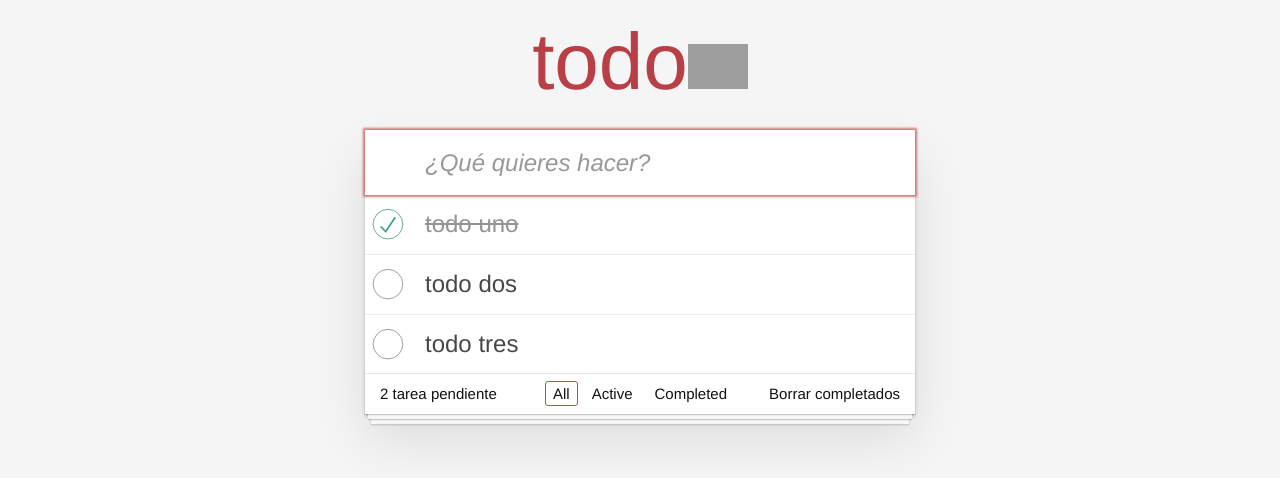
Repository: drsamame/todo-typescript
Page: /
The author's editor kept a copy of each file at every save. The page is drawn from the files as they stood at one save, then again after the next save.
The browser window is 1280 px wide. The pictures show the whole page.
Pictures or frames that could not be fetched are drawn as grey boxes. The project was rebuilt for these pictures with package versions that can differ from the ones it lists, and the page was loaded fresh each time. Also part of the build but not shown: vite.config.ts.

Above is the page before, as saved 2024-02-28 15:10:17.

### src/App.tsx
import { useState } from 'react'
import { Todos } from './Components/Todos'
import { Footer } from './Components/Footer'
import { useTodo } from './hooks/useTodo'
import type {
  FilterValue,
  TodoId,
  TodoTitle,
  Todo as TodoType
} from './types.d'
import { TODO_FILTERS } from './consts'
import { Header } from './Components/Header'

const mockTODOS = [
  {
    id: 1,
    title: 'todo uno',
    completed: true
  },
  {
    id: 2,
    title: 'todo dos',
    completed: false
  },
  {
    id: 3,
    title: 'todo tres',
    completed: false
  }
]

const App = (): JSX.Element => {
  const [todos, setTodos] = useState(mockTODOS)
  const [filterSelected, setFilterSelected] = useState<FilterValue>(
    TODO_FILTERS.ALL
  )

  const removeTodo = (id: TodoId): void => {
    const newTodos = todos.filter((todo) => todo.id !== id)
    setTodos(newTodos)
  }

  const activeCount = todos.filter((todo) => todo.completed).length
  const completedCount = todos.length - activeCount

  const handleFilterChange = (filter: FilterValue): void => {
    setFilterSelected(filter)
  }

  const filteredTodos = todos.filter((el) => {
    if (filterSelected === TODO_FILTERS.COMPLETED) return el.completed
    if (filterSelected === TODO_FILTERS.ACTIVE) return !el.completed
    return el
  })

  const handleRemoveAllTodos = (): void => {
    const newTodos = todos.filter((todo) => !todo.completed)
    setTodos(newTodos)
  }

  const handleCompleted = ({
    id,
    completed
  }: Pick<TodoType, 'id' | 'completed'>): void => {
    const newTodos = todos.map((el) => {
      if (el.id === id) {
        return {
          id: el.id,
          title: el.title,
          completed
        }
      }
      return el
    })
    setTodos(newTodos)
  }

  const handleSaveTodo = (title: TodoTitle): void => {
    console.log(title)
    const newTodo = {
      id: Math.random(),
      title,
      completed: false
    }
    setTodos([...todos, newTodo])
  }

  return (
    <>
      <div className='todoapp'>
        <Header saveTodo={handleSaveTodo} />
        <Todos
          list={filteredTodos}
          removeTodo={removeTodo}
          onToggleCompleteTodo={handleCompleted}
        />
        <Footer
          handleFilterChange={handleFilterChange}
          completedCount={completedCount}
          activeCount={activeCount}
          filterSelected={filterSelected}
          onClearCompleted={handleRemoveAllTodos}
        />
      </div>
    </>
  )
}

export default App

### src/index.css
@charset 'utf-8';

html,
body {
	margin: 0;
	padding: 0;
}

button {
	margin: 0;
	padding: 0;
	border: 0;
	background: none;
	font-size: 100%;
	vertical-align: baseline;
	font-family: inherit;
	font-weight: inherit;
	color: inherit;
	-webkit-appearance: none;
	appearance: none;
	-webkit-font-smoothing: antialiased;
	-moz-osx-font-smoothing: grayscale;
}

body {
	font: 14px 'Helvetica Neue', Helvetica, Arial, sans-serif;
	line-height: 1.4em;
	background: #f5f5f5;
	color: #111111;
	min-width: 230px;
	max-width: 550px;
	margin: 0 auto;
	-webkit-font-smoothing: antialiased;
	-moz-osx-font-smoothing: grayscale;
	font-weight: 300;
}

.hidden {
	display: none;
}

.todoapp {
	background: #fff;
	margin: 130px 0 40px 0;
	position: relative;
	box-shadow: 0 2px 4px 0 rgba(0, 0, 0, 0.2),
	            0 25px 50px 0 rgba(0, 0, 0, 0.1);
}

.todoapp input::-webkit-input-placeholder {
	font-style: italic;
	font-weight: 400;
	color: rgba(0, 0, 0, 0.4);
}

.todoapp input::-moz-placeholder {
	font-style: italic;
	font-weight: 400;
	color: rgba(0, 0, 0, 0.4);
}

.todoapp input::input-placeholder {
	font-style: italic;
	font-weight: 400;
	color: rgba(0, 0, 0, 0.4);
}

.todoapp h1 {
	position: absolute;
	top: -140px;
	width: 100%;
	font-size: 80px;
	font-weight: 200;
	text-align: center;
	color: #b83f45;
	-webkit-text-rendering: optimizeLegibility;
	-moz-text-rendering: optimizeLegibility;
	text-rendering: optimizeLegibility;
}

.new-todo,
.edit {
	position: relative;
	margin: 0;
	width: 100%;
	font-size: 24px;
	font-family: inherit;
	font-weight: inherit;
	line-height: 1.4em;
	color: inherit;
	padding: 6px;
	border: 1px solid #999;
	box-shadow: inset 0 -1px 5px 0 rgba(0, 0, 0, 0.2);
	box-sizing: border-box;
	-webkit-font-smoothing: antialiased;
	-moz-osx-font-smoothing: grayscale;
}

.new-todo {
	padding: 16px 16px 16px 60px;
	height: 65px;
	border: none;
	background: rgba(0, 0, 0, 0.003);
	box-shadow: inset 0 -2px 1px rgba(0,0,0,0.03);
}

.main {
	position: relative;
	z-index: 2;
	border-top: 1px solid #e6e6e6;
}

.toggle-all {
	width: 1px;
	height: 1px;
	border: none; /* Mobile Safari */
	opacity: 0;
	position: absolute;
	right: 100%;
	bottom: 100%;
}

.toggle-all + label {
	display: flex;
	align-items: center;
	justify-content: center;
	width: 45px;
	height: 65px;
	font-size: 0;
	position: absolute;
	top: -65px;
	left: -0;
}

.toggle-all + label:before {
	content: '❯';
	display: inline-block;
	font-size: 22px;
	color: #949494;
	padding: 10px 27px 10px 27px;
	-webkit-transform: rotate(90deg);
	transform: rotate(90deg);
}

.toggle-all:checked + label:before {
	color: #484848;
}

.todo-list {
	margin: 0;
	padding: 0;
	list-style: none;
}

.todo-list li {
	position: relative;
	font-size: 24px;
	border-bottom: 1px solid #ededed;
}

.todo-list li:last-child {
	border-bottom: none;
}

.todo-list li.editing {
	border-bottom: none;
	padding: 0;
}

.todo-list li.editing .edit {
	display: block;
	width: calc(100% - 43px);
	padding: 12px 16px;
	margin: 0 0 0 43px;
}

.todo-list li.editing .view {
	display: none;
}

.todo-list li .toggle {
	text-align: center;
	width: 40px;
	/* auto, since non-WebKit browsers doesn't support input styling */
	height: auto;
	position: absolute;
	top: 0;
	bottom: 0;
	margin: auto 0;
	border: none; /* Mobile Safari */
	-webkit-appearance: none;
	appearance: none;
}

.todo-list li .toggle {
	opacity: 0;
}

.todo-list li .toggle + label {
	/*
		Firefox requires `#` to be escaped - https://bugzilla.mozilla.org/show_bug.cgi?id=922433
		IE and Edge requires *everything* to be escaped to render, so we do that instead of just the `#` - https://developer.microsoft.com/en-us/microsoft-edge/platform/issues/7157459/
	*/
	background-image: url('data:[embedded picture, 299 characters]');
	background-repeat: no-repeat;
	background-position: center left;
}

.todo-list li .toggle:checked + label {
	background-image: url('data:[embedded picture, 414 characters]');
}

.todo-list li label {
	overflow-wrap: break-word;
	padding: 15px 15px 15px 60px;
	display: block;
	line-height: 1.2;
	transition: color 0.4s;
	font-weight: 400;
	color: #484848;
}

.todo-list li.completed label {
	color: #949494;
	text-decoration: line-through;
}

.todo-list li .destroy {
	display: none;
	position: absolute;
	top: 0;
	right: 10px;
	bottom: 0;
	width: 40px;
	height: 40px;
	margin: auto 0;
	font-size: 30px;
	color: #949494;
	transition: color 0.2s ease-out;
}

.todo-list li .destroy:hover,
.todo-list li .destroy:focus {
	color: #C18585;
}

.todo-list li .destroy:after {
	content: '×';
	display: block;
	height: 100%;
	line-height: 1.1;
}

.todo-list li:hover .destroy {
	display: block;
}

.todo-list li .edit {
	display: none;
}

.todo-list li.editing:last-child {
	margin-bottom: -1px;
}

.footer {
	padding: 10px 15px;
	height: 20px;
	text-align: center;
	font-size: 15px;
	border-top: 1px solid #e6e6e6;
}

.footer:before {
	content: '';
	position: absolute;
	right: 0;
	bottom: 0;
	left: 0;
	height: 50px;
	overflow: hidden;
	box-shadow: 0 1px 1px rgba(0, 0, 0, 0.2),
	            0 8px 0 -3px #f6f6f6,
	            0 9px 1px -3px rgba(0, 0, 0, 0.2),
	            0 16px 0 -6px #f6f6f6,
	            0 17px 2px -6px rgba(0, 0, 0, 0.2);
}

.todo-count {
	float: left;
	text-align: left;
}

.todo-count strong {
	font-weight: 300;
}

.filters {
	margin: 0;
	padding: 0;
	list-style: none;
	position: absolute;
	right: 0;
	left: 0;
}

.filters li {
	display: inline;
}

.filters li a {
	color: inherit;
	margin: 3px;
	padding: 3px 7px;
	text-decoration: none;
	border: 1px solid transparent;
	border-radius: 3px;
}

.filters li a:hover {
	border-color: #DB7676;
}

.filters li a.selected {
	border-color: #CE4646;
}

.clear-completed,
html .clear-completed:active {
	float: right;
	position: relative;
	line-height: 19px;
	text-decoration: none;
	cursor: pointer;
}

.clear-completed:hover {
	text-decoration: underline;
}

.info {
	margin: 65px auto 0;
	color: #4d4d4d;
	font-size: 11px;
	text-shadow: 0 1px 0 rgba(255, 255, 255, 0.5);
	text-align: center;
}

.info p {
	line-height: 1;
}

.info a {
	color: inherit;
	text-decoration: none;
	font-weight: 400;
}

.info a:hover {
	text-decoration: underline;
}

/*
	Hack to remove background from Mobile Safari.
	Can't use it globally since it destroys checkboxes in Firefox
*/
@media screen and (-webkit-min-device-pixel-ratio:0) {
	.toggle-all,
	.todo-list li .toggle {
		background: none;
	}

	.todo-list li .toggle {
		height: 40px;
	}
}

@media (max-width: 430px) {
	.footer {
		height: 50px;
	}

	.filters {
		bottom: 10px;
	}
}

:focus,
.toggle:focus + label,
.toggle-all:focus + label {
	box-shadow: 0 0 2px 2px #CF7D7D;
	outline: 0;
}

### src/Components/Todos.tsx
import { Todo } from './Todo'
import { type TodoList, type TodoId, type Todo as TodoType } from '../types'

interface Props {
  list: TodoList
  onToggleCompleteTodo: ({
    id,
    completed
  }: Pick<TodoType, 'id' | 'completed'>) => void
  removeTodo: (id: TodoId) => void
}

export const Todos: React.FC<Props> = ({
  list,
  removeTodo,
  onToggleCompleteTodo
}) => {
  return (
    <ul className='todo-list'>
      {list.map((todo) => {
        return (
          <li key={todo.id} className={`${todo.completed ? ' completed' : ''}`}>
            <Todo
              title={todo.title}
              id={todo.id}
              completed={todo.completed}
              removeTodo={() => removeTodo(todo.id)}
              onToggleCompleteTodo={onToggleCompleteTodo}
            />
          </li>
        )
      })}
    </ul>
  )
}

### src/Components/Footer.tsx
import { type FilterValue } from '../types'
import { Filters } from './Filters'

interface Props {
  handleFilterChange: (filter: FilterValue) => void
  activeCount: number
  completedCount: number
  onClearCompleted: () => void
  filterSelected: FilterValue
}

export const Footer: React.FC<Props> = ({
  activeCount,
  completedCount,
  onClearCompleted,
  filterSelected,
  handleFilterChange
}) => {
  const singleActiveCount = activeCount === 1
  const activeTodoWord = singleActiveCount ? 'tarea' : 'tareas'

  return (
    <footer className="footer">

      <span className="todo-count">
        <strong>{completedCount}</strong> {activeTodoWord} pendiente{!singleActiveCount && 's'}
      </span>

      <Filters filterSelected={filterSelected} handleFilterChange={handleFilterChange} />

      {
        completedCount > 0 && (
          <button
            className="clear-completed"
            onClick={onClearCompleted}>
              Borrar completados
          </button>
        )
      }
    </footer>
  )
}

### src/consts.ts
export const TODO_FILTERS = {
  ALL: 'all',
  ACTIVE: 'active',
  COMPLETED: 'completed'
} as const

export const KEY_CODES = {
  ENTER: 13,
  ESCAPE: 27
} as const

### src/Components/Header.tsx
import { CreateTodo } from './CreateTodo'

interface Props {
  saveTodo: (title: string) => void
}

export const Header: React.FC<Props> = ({ saveTodo }) => {
  return (
    <header className='header'>
      <h1>
        todo
        <img
          style={{ width: '60px', height: 'auto' }}
          src='https://upload.wikimedia.org/wikipedia/commons/thumb/4/4c/Typescript_logo_2020.svg/1200px-Typescript_logo_2020.svg.png'
        ></img>
      </h1>

      <CreateTodo saveTodo={saveTodo} />
    </header>
  )
}

### src/Components/Todo.tsx
import { type Todo as TodoType } from '../types'

interface Props extends TodoType {
  removeTodo: () => void
  onToggleCompleteTodo: ({
    id,
    completed
  }: Pick<TodoType, 'id' | 'completed'>) => void
}

export const Todo: React.FC<Props> = ({ id, title, completed, removeTodo, onToggleCompleteTodo }) => {
  const handleChange = (e: React.ChangeEvent<HTMLInputElement>): void => {
    onToggleCompleteTodo({ id, completed: e.target.checked })
  }
  return (
    <div className='view'>
      <input className='toggle' type='checkbox' checked={completed} onChange={handleChange} />
      <label>{title}</label>
      <button className='destroy' onClick={removeTodo}></button>
    </div>
  )
}

### src/Components/Filters.tsx
import { TODO_FILTERS } from '../consts.js'
import { type FilterValue } from '../types.js'

const FILTERS_BUTTONS = {
  [TODO_FILTERS.ALL]: { literal: 'All', href: `/?filter=${TODO_FILTERS.ALL}` },
  [TODO_FILTERS.ACTIVE]: { literal: 'Active', href: `/?filter=${TODO_FILTERS.ACTIVE}` },
  [TODO_FILTERS.COMPLETED]: { literal: 'Completed', href: `/?filter=${TODO_FILTERS.COMPLETED}` }
} as const

interface Props {
  handleFilterChange: (filter: FilterValue) => void
  filterSelected: typeof TODO_FILTERS[keyof typeof TODO_FILTERS]
}

export const Filters: React.FC<Props> = ({ filterSelected, handleFilterChange }) => {
  const handleClick = (filter: FilterValue) => (e: React.MouseEvent<HTMLAnchorElement>) => {
    e.preventDefault()
    handleFilterChange(filter)
  }

  return (
  <ul className="filters">
    {
      Object.entries(FILTERS_BUTTONS).map(([key, { href, literal }]) => {
        const isSelected = key === filterSelected
        const className = isSelected ? 'selected' : ''

        return (
          <li key={key}>
            <a href={href}
              className={className}
              onClick={handleClick(key as FilterValue)}>{literal}
            </a>
          </li>
        )
      })
    }
  </ul>
  )
}

### src/Components/CreateTodo.tsx
import { useState } from 'react'

interface Props {
  saveTodo: (title: string) => void
}

export const CreateTodo: React.FC<Props> = ({ saveTodo }) => {
  const [inputValue, setInputValue] = useState('')

  const handleKeyDown: React.KeyboardEventHandler<HTMLInputElement> = (e) => {
    if (e.key === 'Enter' && inputValue !== '') {
      saveTodo(inputValue)
      setInputValue('')
    }
  }

  return (
    <input
      className='new-todo'
      value={inputValue}
      onChange={(e) => {
        setInputValue(e.target.value)
      }}
      onKeyDown={handleKeyDown}
      placeholder='¿Qué quieres hacer?'
      autoFocus
    />
  )
}

### src/hooks/useTodo.tsx
import { useState } from 'react'
import type {
  FilterValue,
  TodoId,
  TodoTitle,
  Todo as TodoType
} from '../types.d'
import { TODO_FILTERS } from '../consts'

const mockTODOS = [
  {
    id: 1,
    title: 'todo uno',
    completed: true
  },
  {
    id: 2,
    title: 'todo dos',
    completed: false
  },
  {
    id: 3,
    title: 'todo tres',
    completed: false
  }
]

export function useTodo() {
  const [todos, setTodos] = useState(mockTODOS)
  const [filterSelected, setFilterSelected] = useState<FilterValue>(
    TODO_FILTERS.ALL
  )
  const removeTodo = (id: TodoId): void => {
    const newTodos = todos.filter((todo) => todo.id !== id)
    setTodos(newTodos)
  }
  const activeCount = todos.filter((todo) => todo.completed).length
  const completedCount = todos.length - activeCount

  const handleFilterChange = (filter: FilterValue): void => {
    setFilterSelected(filter)
  }

  const filteredTodos = todos.filter((el) => {
    if (filterSelected === TODO_FILTERS.COMPLETED) return el.completed
    if (filterSelected === TODO_FILTERS.ACTIVE) return !el.completed
    return el
  })

  const handleRemoveAllTodos = (): void => {
    const newTodos = todos.filter((todo) => !todo.completed)
    setTodos(newTodos)
  }

  const handleCompleted = ({
    id,
    completed
  }: Pick<TodoType, 'id' | 'completed'>): void => {
    const newTodos = todos.map((el) => {
      if (el.id === id) {
        return {
          id: el.id,
          title: el.title,
          completed
        }
      }
      return el
    })
    setTodos(newTodos)
  }

  const handleSaveTodo = (title: TodoTitle): void => {
    console.log(title)
    const newTodo = {
      id: Math.random(),
      title,
      completed: false
    }
    setTodos([...todos, newTodo])
  }
}

Loaded but not shown: index.html (common file); src/main.tsx (common file)

After the next save:
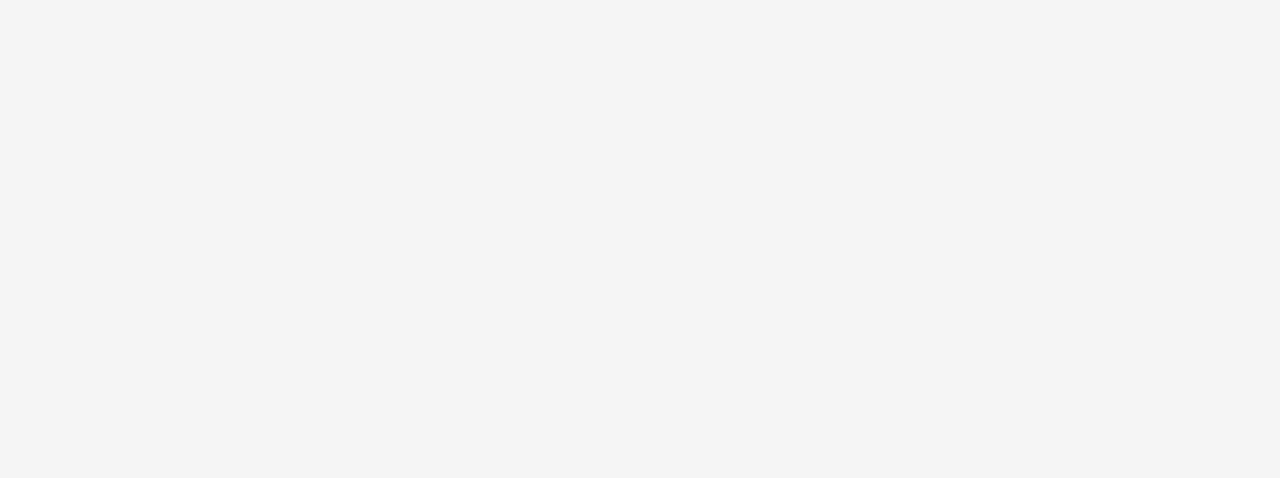
Console error (its wording comes from the project's code and is left out).
Saved 58 s later.
--- a/src/App.tsx
+++ b/src/App.tsx
@@ -30,6 +30,7 @@
 ]
 
 const App = (): JSX.Element => {
+  const {} = useTodo()
   const [todos, setTodos] = useState(mockTODOS)
   const [filterSelected, setFilterSelected] = useState<FilterValue>(
     TODO_FILTERS.ALL
@@ -76,7 +77,6 @@
   }
 
   const handleSaveTodo = (title: TodoTitle): void => {
-    console.log(title)
     const newTodo = {
       id: Math.random(),
       title,

After the 3 saves that followed:
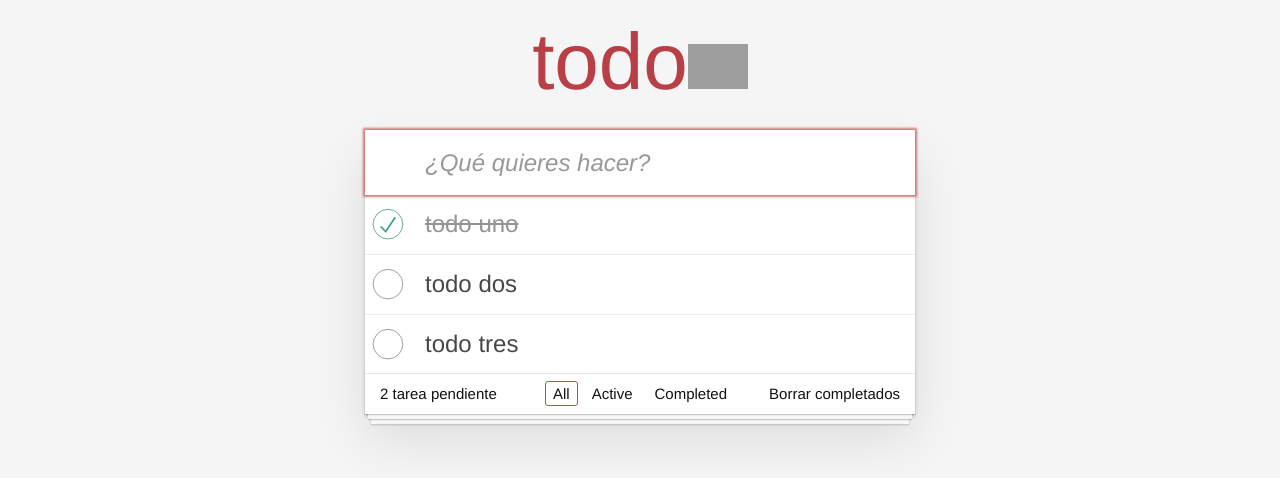
The error is gone.
The 3 saves are shown as one change because 2 left the picture as it was.
The last was saved 3 min 3 s later.
--- a/src/App.tsx
+++ b/src/App.tsx
@@ -1,90 +1,20 @@
-import { useState } from 'react'
 import { Todos } from './Components/Todos'
 import { Footer } from './Components/Footer'
 import { useTodo } from './hooks/useTodo'
-import type {
-  FilterValue,
-  TodoId,
-  TodoTitle,
-  Todo as TodoType
-} from './types.d'
-import { TODO_FILTERS } from './consts'
 import { Header } from './Components/Header'
 
-const mockTODOS = [
-  {
-    id: 1,
-    title: 'todo uno',
-    completed: true
-  },
-  {
-    id: 2,
-    title: 'todo dos',
-    completed: false
-  },
-  {
-    id: 3,
-    title: 'todo tres',
-    completed: false
-  }
-]
-
 const App = (): JSX.Element => {
-  const {} = useTodo()
-  const [todos, setTodos] = useState(mockTODOS)
-  const [filterSelected, setFilterSelected] = useState<FilterValue>(
-    TODO_FILTERS.ALL
-  )
-
-  const removeTodo = (id: TodoId): void => {
-    const newTodos = todos.filter((todo) => todo.id !== id)
-    setTodos(newTodos)
-  }
-
-  const activeCount = todos.filter((todo) => todo.completed).length
-  const completedCount = todos.length - activeCount
-
-  const handleFilterChange = (filter: FilterValue): void => {
-    setFilterSelected(filter)
-  }
-
-  const filteredTodos = todos.filter((el) => {
-    if (filterSelected === TODO_FILTERS.COMPLETED) return el.completed
-    if (filterSelected === TODO_FILTERS.ACTIVE) return !el.completed
-    return el
-  })
-
-  const handleRemoveAllTodos = (): void => {
-    const newTodos = todos.filter((todo) => !todo.completed)
-    setTodos(newTodos)
-  }
-
-  const handleCompleted = ({
-    id,
-    completed
-  }: Pick<TodoType, 'id' | 'completed'>): void => {
-    const newTodos = todos.map((el) => {
-      if (el.id === id) {
-        return {
-          id: el.id,
-          title: el.title,
-          completed
-        }
-      }
-      return el
-    })
-    setTodos(newTodos)
-  }
-
-  const handleSaveTodo = (title: TodoTitle): void => {
-    const newTodo = {
-      id: Math.random(),
-      title,
-      completed: false
-    }
-    setTodos([...todos, newTodo])
-  }
-
+  const {
+    filterSelected,
+    removeTodo,
+    activeCount,
+    completedCount,
+    handleFilterChange,
+    filteredTodos,
+    handleRemoveAllTodos,
+    handleCompleted,
+    handleSaveTodo
+  } = useTodo()
   return (
     <>
       <div className='todoapp'>
--- a/src/hooks/useTodo.tsx
+++ b/src/hooks/useTodo.tsx
@@ -78,4 +78,16 @@ export function useTodo() {
     }
     setTodos([...todos, newTodo])
   }
+
+  return {
+    filterSelected,
+    removeTodo,
+    activeCount,
+    completedCount,
+    handleFilterChange,
+    filteredTodos,
+    handleRemoveAllTodos,
+    handleCompleted,
+    handleSaveTodo
+  }
 }
